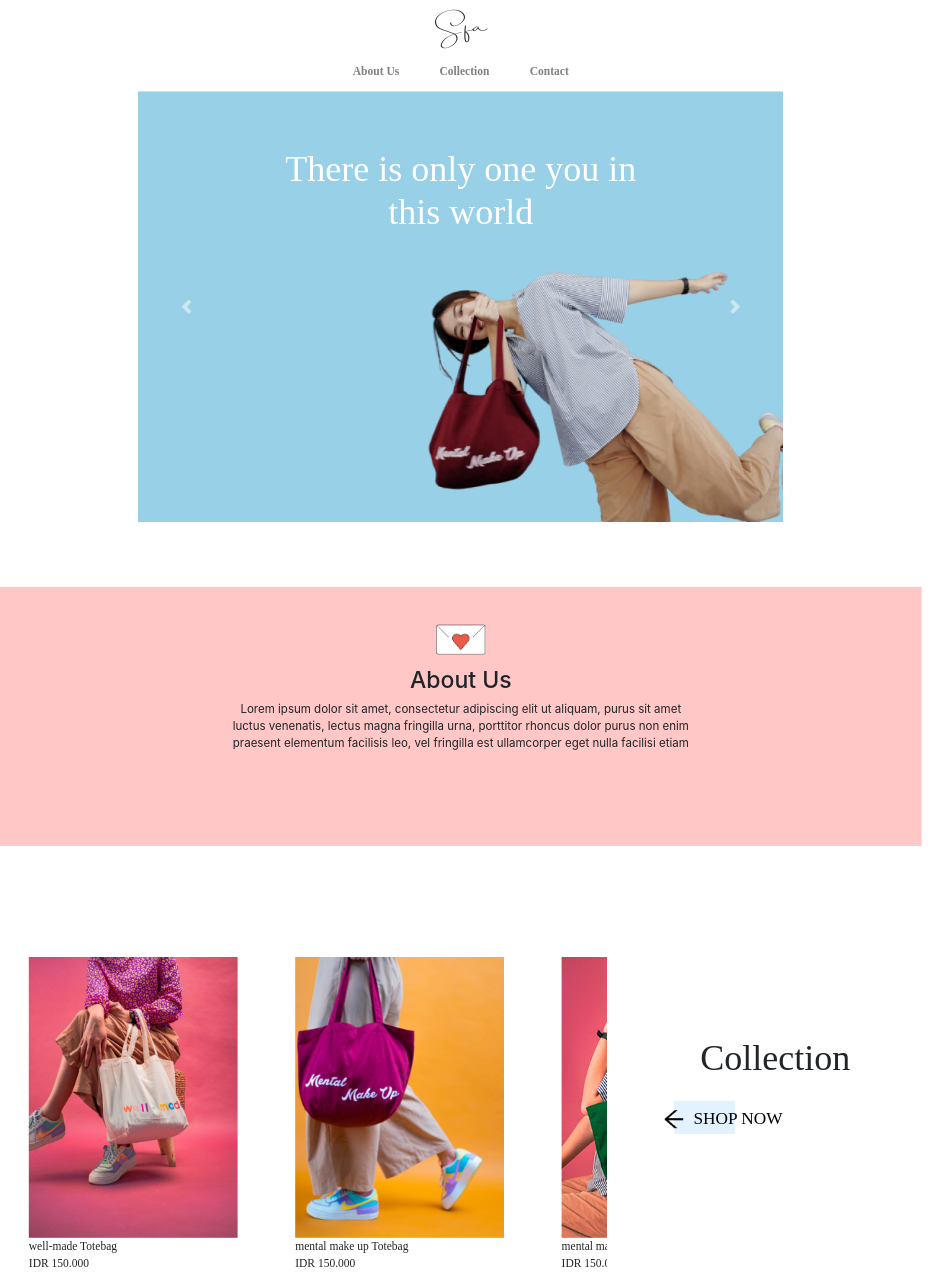
Repository: bismowibi/savoir
Page: index.html
An editor plug-in stored every save of this project. The page is shown before and after the next save, followed by the edit.
The browser window is 1280 px wide. The page is 1295 px wide, so the pictures cover 1295 px, including what lies to the right of the window. The pictures show the whole page, at 72% of full size.
Some web libraries are served in a nearby version.

Above is the page before, as saved 2020-04-04 03:16:25.

After the next save:
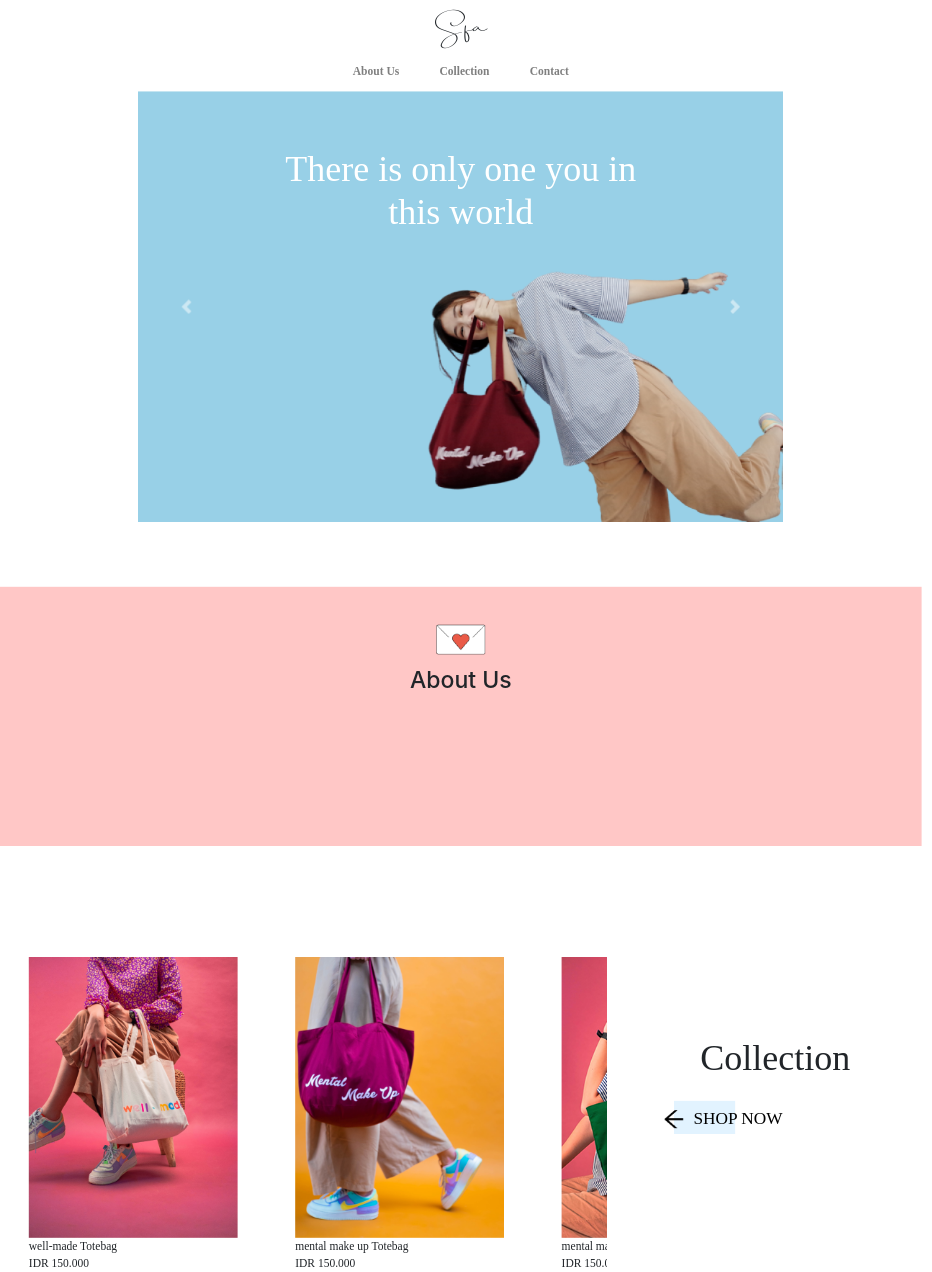
Saved 5 min 38 s later.
--- a/index.html
+++ b/index.html
@@ -129,9 +129,7 @@
         </div>
         <div class="col-lg-12 text-center">
           <h2>About Us</h2>
-          <p class="">Lorem ipsum dolor sit amet, consectetur adipiscing elit ut aliquam, purus sit amet <br>luctus
-            venenatis, lectus magna fringilla urna, porttitor rhoncus dolor purus non enim <br>praesent elementum
-            facilisis leo, vel fringilla est ullamcorper eget nulla facilisi etiam </p>
+          <p class=""> </p>
         </div>
       </div>
     </div>
